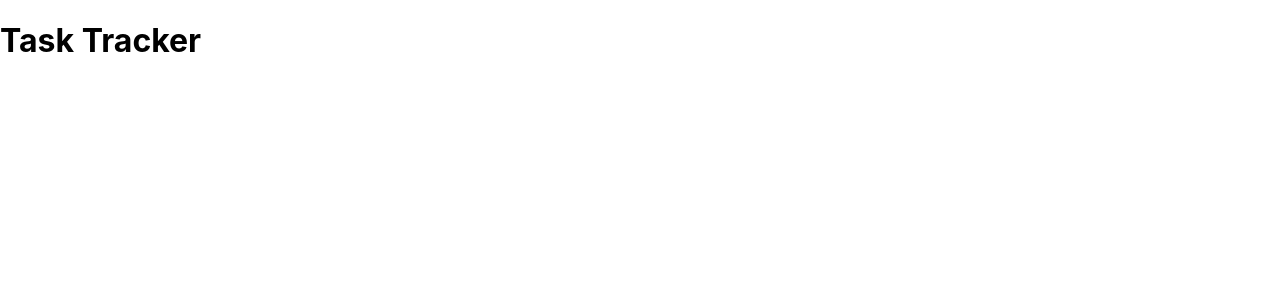
Repository: feyroozecode/task_tracker
Page: /
An editor plug-in stored every save of this project. The page is shown before and after a run of saves, followed by the edit.
The browser window is 1280 px wide. The pictures show the whole page.
The project was rebuilt for these pictures with package versions that can differ from the ones it lists, and the page was loaded fresh each time.

Above is the page before, as saved 2023-10-19 12:48:48.

After the next 3 saves:
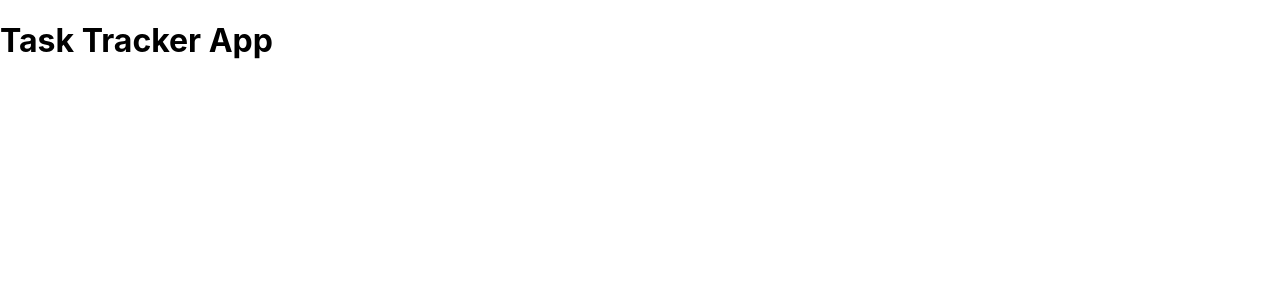
The 3 saves are shown as one change because 1 did not build or start and some came seconds apart.
The last was saved 32 s later.
--- a/src/App.js
+++ b/src/App.js
@@ -4,7 +4,7 @@ const App = ()  => {
   const appName = 'Task Tracker App'
   return (
     <div className="container">
-     <Header  />
+     <Header title={appName} />
     </div>
   );
 
